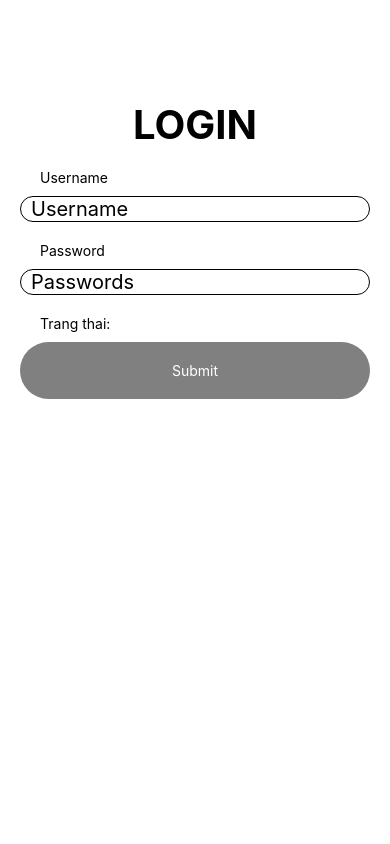
Repository: vietnguyenhoangw/ReactNative-FirstApplication
Screen: /
The author's editor kept a copy of each file at every save. The screen is drawn from the files as they stood at one save, then again after the next save.
The app was drawn by React Native's web renderer in a window 390 px wide. The project was rebuilt for these pictures with package versions that can differ from the ones it lists, and the page was loaded fresh each time.

Above is the screen before, as saved 2019-12-11 09:43:51.

### App.js
// import thu vien

import React, {Component} from "react"

import {
  View,
  Text,
  StyleSheet,
  TextInput,
  TouchableOpacity,
} from "react-native"

// code class, component : render

class HelloWorld extends Component {

  constructor(props) {
    super(props);

    this.state = {
      username: '',
      password: '',
      text: '',
    }
  }

  click() {
    var Username = "aaa";
    var Password = "bbb";

    if (this.state.username != Username) {
      console.log('Sai username, password')
      this.setState({
        text : "Sai username, password"
      })
    }else {
      if (this.state.password != Password) {
        console.log('Sai username, password')
        this.setState({
          text : "Sai username, password"
        })
      }
      else {
        console.log('Thanh Cong')
        this.setState({
          text : "Thanh cong"
        })
      }
    }
  }

  render() {
    return(
      <View style={styles.viewOnScreen}>

        <View style={styles.viewHeader}>

          <Text style={styles.textTitle}>LOGIN</Text>

        </View>

        <View style={styles.body}>

          <Text style={styles.textUser}>Username</Text>

          <TextInput
            style={styles.textInput}
            placeholder = "Username"
            onChangeText={(text) => this.setState({username:text})}/>

          <Text style={styles.textUser}>Password</Text>

          <TextInput style={styles.textInput}
           placeholder = "Passwords"
           onChangeText={(text) => this.setState({password:text})} />

          <Text style={styles.textUser}>Trang thai: {this.state.text}</Text>

          <TouchableOpacity
            style={styles.btn}
            onPress={() => {this.click()}}>
            <Text style={styles.textBtn}>Submit</Text>
          </TouchableOpacity>

        </View>

      </View>
    );
  }
}

const styles = StyleSheet.create({
  viewOnScreen: {
    width: '100%',
    height: '100%'
  },
  viewHeader: {
      width:'100%',
  },
  textTitle: {
    textAlign:'center',
    marginTop: 100,
    marginBottom: 20,
    fontWeight:'bold',
    fontSize: 40
  },
  textUser: {
    marginLeft: 40,
    marginRight: 20,
    marginBottom: 10,
  },
  textInput:{
    borderRadius:50,
    marginBottom: 20,
    marginLeft: 20,
    marginRight: 20,
    borderWidth:1,
    borderColor: 'black',
    fontSize:20,
    paddingLeft: 10,
    paddingRight: 10
  },
  btn: {
    borderRadius:50,
    backgroundColor:'gray',
    marginLeft: 20,
    marginRight: 20,
    padding:20,
  },
  textBtn: {
    width:'100%',
    color: 'white',
    textAlign:'center',
  }
});

export default HelloWorld

After the next save:
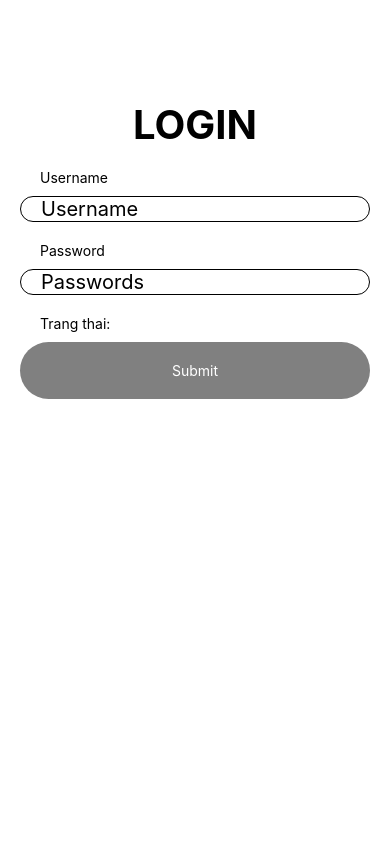
Saved 10 s later.
--- a/App.js
+++ b/App.js
@@ -117,7 +117,7 @@
     borderWidth:1,
     borderColor: 'black',
     fontSize:20,
-    paddingLeft: 10,
+    paddingLeft: 20,
     paddingRight: 10
   },
   btn: {

After the save that followed:
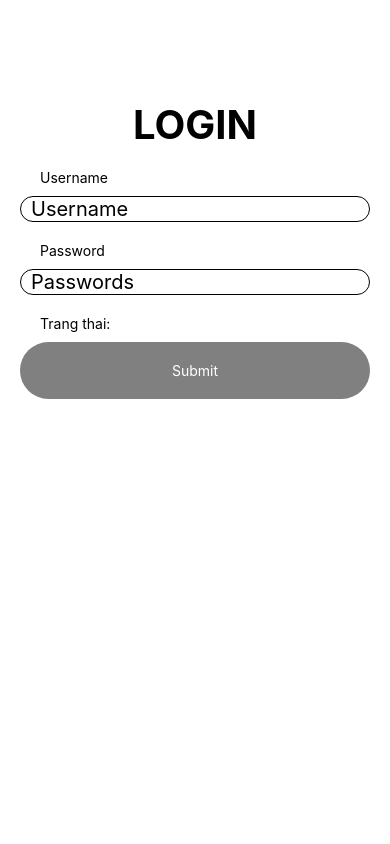
Saved 6 s later.
--- a/App.js
+++ b/App.js
@@ -117,7 +117,7 @@
     borderWidth:1,
     borderColor: 'black',
     fontSize:20,
-    paddingLeft: 20,
+    paddingLeft: 10,
     paddingRight: 10
   },
   btn: {
